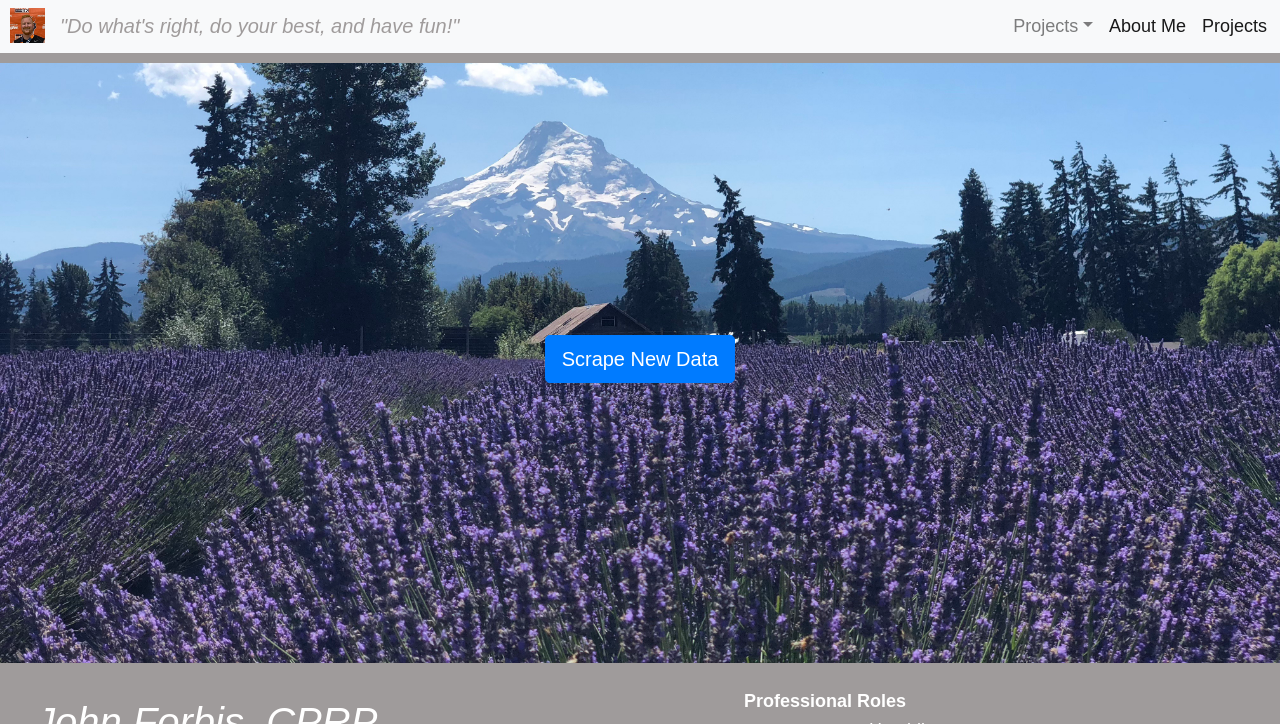
Repository: jforbis/john-forbis-data-analyst
Page: index.html
An editor plug-in stored every save of this project. The page is shown before and after the next save, followed by the edit.
The browser window is 1280 px wide. The pictures show the part of the page from y = 0 to 724 px (the page is 1820 px tall before and 1970 px after).
A picture or video elsewhere on the page could not be fetched, so the positions and the page height are approximate. Backgrounds fixed to the window are drawn as part of the page.

Above is the page before, as saved 2021-03-17 23:29:00.

After the next save:
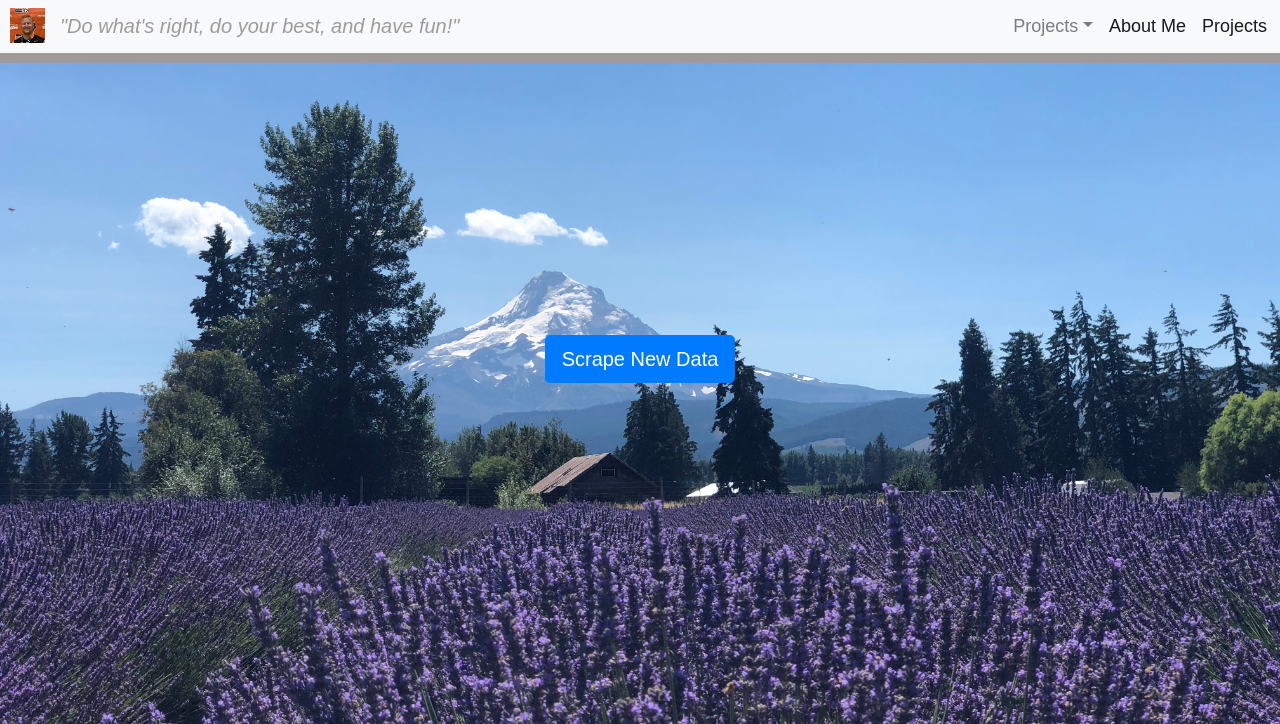
Saved 20 s later.
--- a/static/css/style.css
+++ b/static/css/style.css
@@ -185,7 +185,7 @@
 /* The styles for the parallax */
 .hero {
 position: relative;
-height: 600px;
+height: 750px;
 padding: 10px;
 margin: 0;
 background-image: url("../../resources/images/IMG_1779.jpg");
